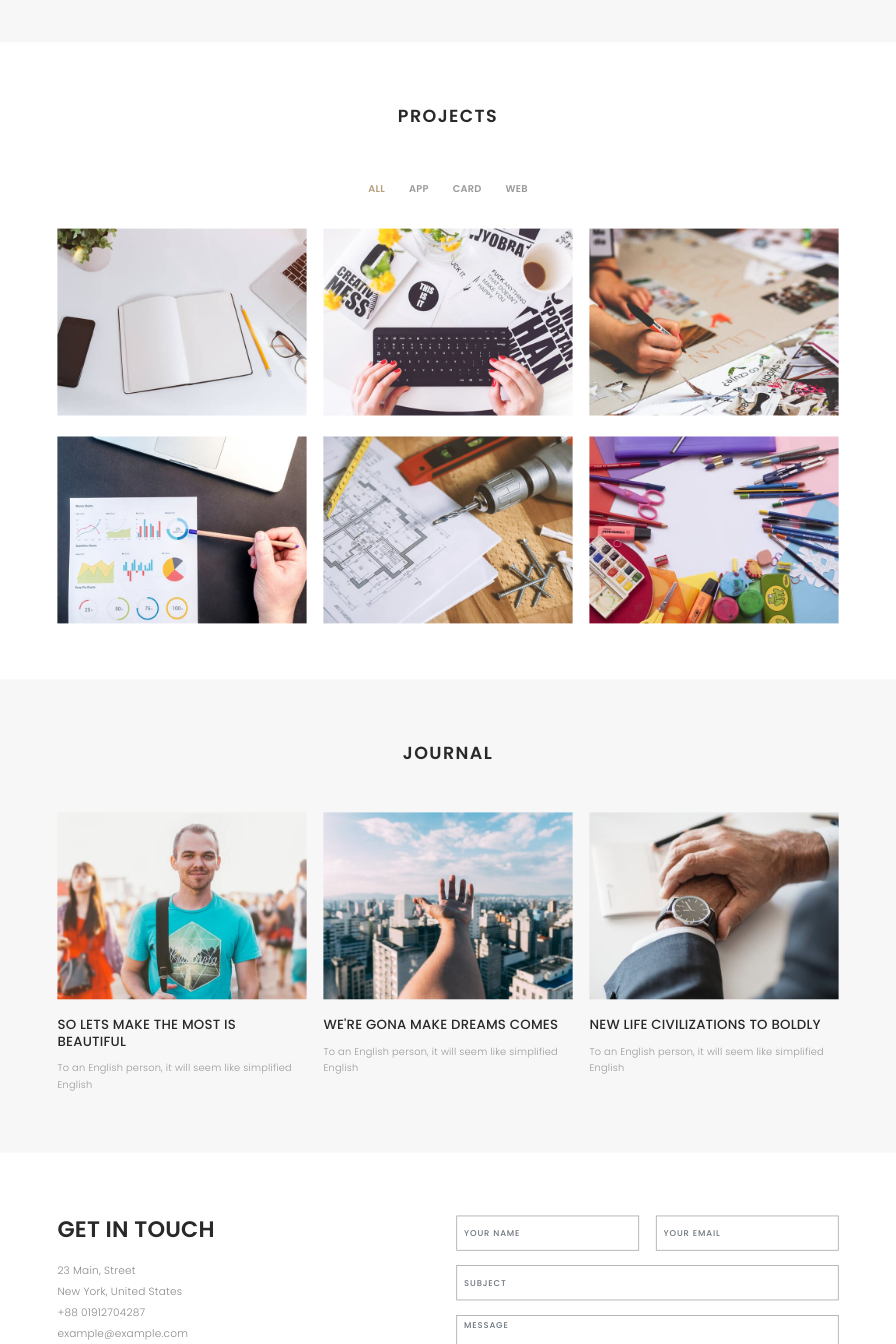
Repository: muhammedctgr/MrBayoA1
Page: index.html
An editor plug-in stored every save of this project. The page is shown before and after the next save, followed by the edit.
The browser window is 1280 px wide. The pictures show the part of the page from y = 1502 to 3422 px (the page is 3983 px tall before and 3907 px after), at 70% of full size.
Some web fonts or font styles are not loaded; a fallback is used.

Above is the page before, as saved 2022-10-18 10:46:20.

After the next save:
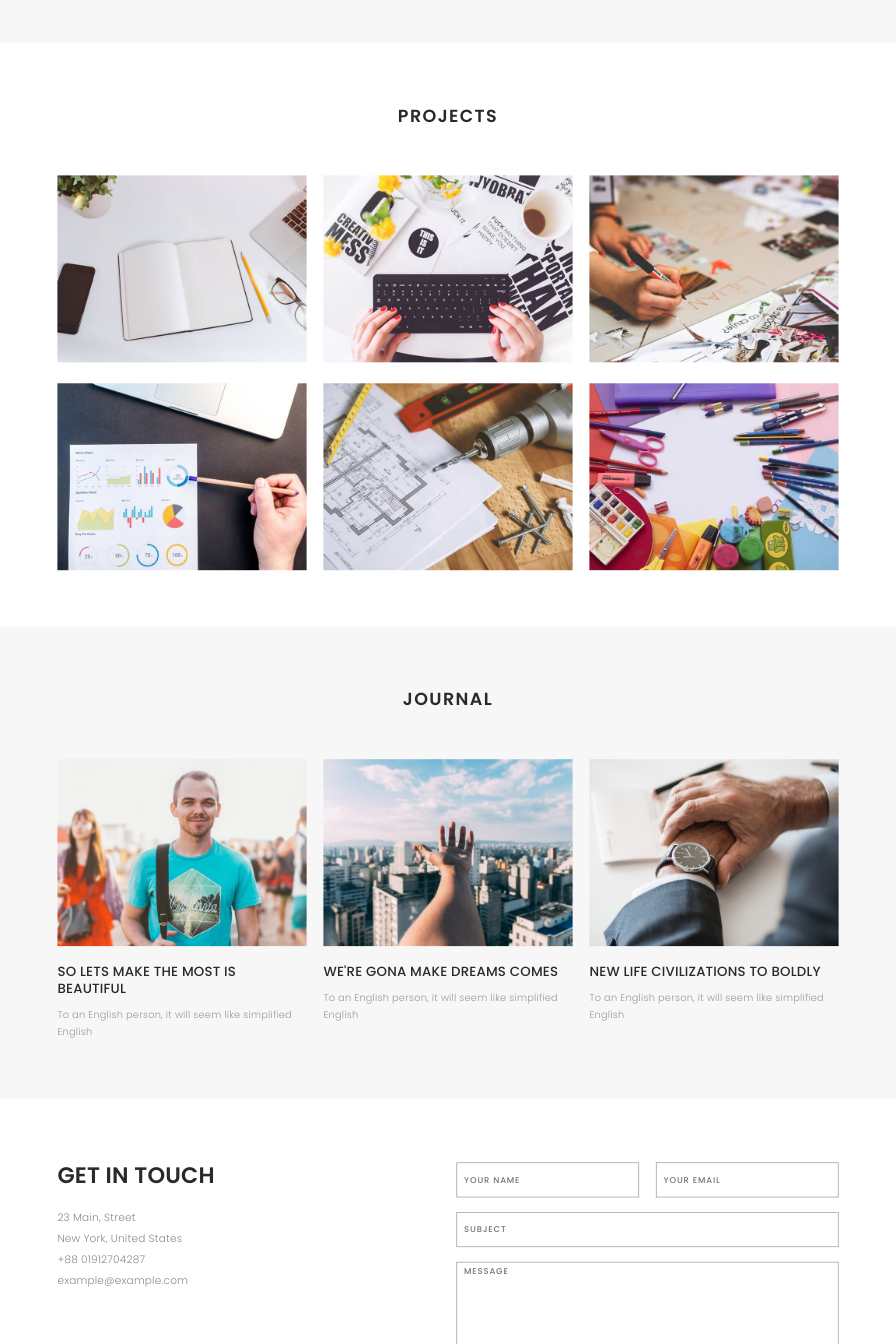
Saved 2 min 55 s later.
--- a/index.html
+++ b/index.html
@@ -137,17 +137,6 @@
 
       <div class="container">
 
-        <div class="row">
-          <div class="col-lg-12 d-flex justify-content-center">
-            <ul id="portfolio-flters">
-              <li data-filter="*" class="filter-active">All</li>
-              <li data-filter=".filter-app">App</li>
-              <li data-filter=".filter-card">Card</li>
-              <li data-filter=".filter-web">Web</li>
-            </ul>
-          </div>
-        </div>
-
         <div class="row portfolio-container">
 
           <div class="col-lg-4 col-md-6 portfolio-item filter-app">
